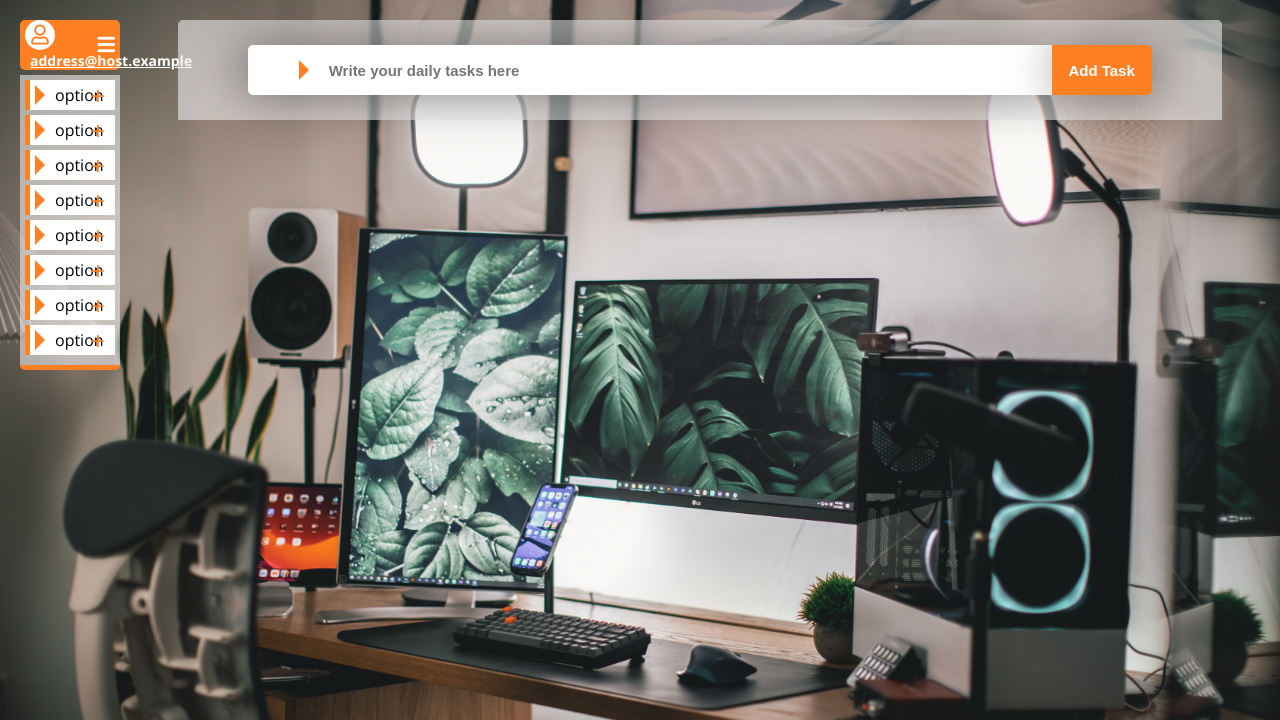
Repository: OmarEssameldinMousa/To-do-list-level01
Page: index.html
The author's editor kept a copy of each file at every save. The page is drawn from the files as they stood at one save, then again after the next save.
The browser window is 1280 px wide. The pictures show the whole page.

Above is the page before, as saved 2023-08-10 01:31:53.

After the next save:
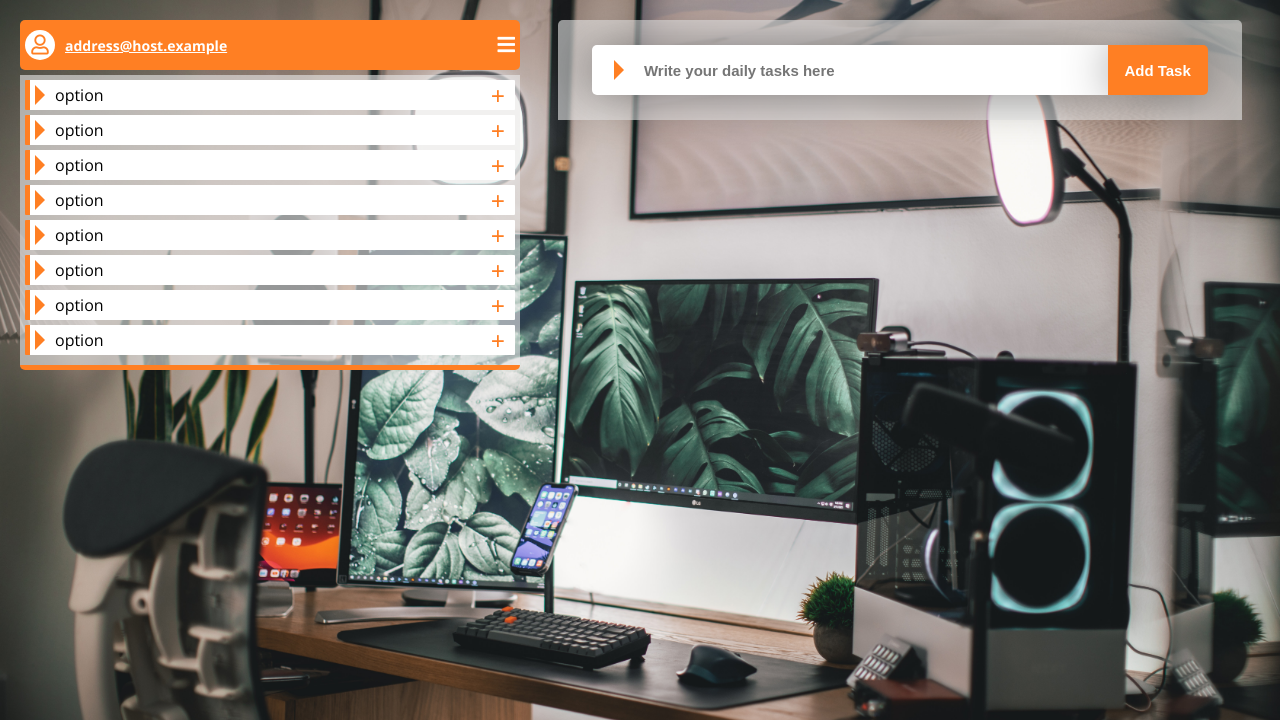
Saved 5 s later.
--- a/main.css
+++ b/main.css
@@ -33,7 +33,7 @@ ul {
 }
 
 .nav {
-    width: 100px;
+    width: 500px;
     height: 100%;
     position: relative;
     margin-top: 20px;
